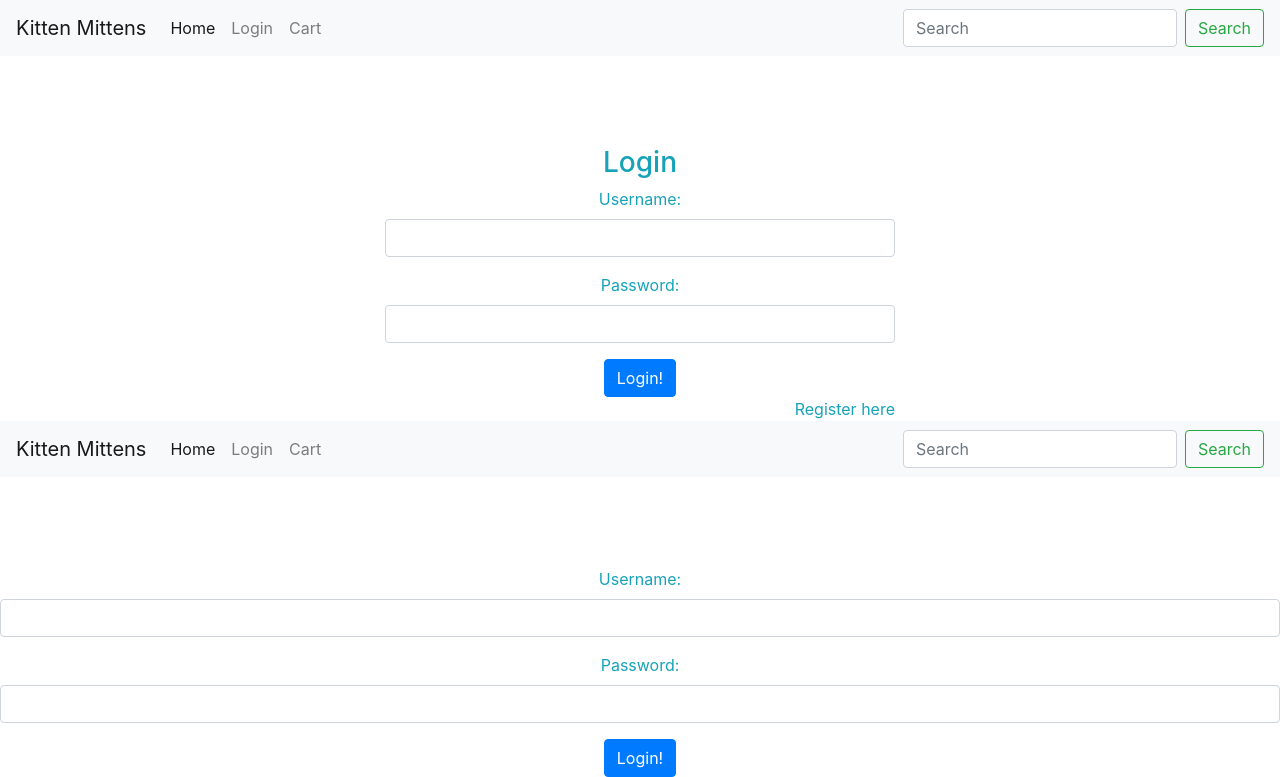
Repository: Janellle/KittenMittens
Page: http://localhost/login
The author's editor kept a record of every edit. The page is drawn from the files as they stood at one moment, then again after the next edit.
The browser window is 1280 px wide. The pictures show the whole page.
The page is served by the project's Node server (app.js).

Above is the page before.
Not found: js/functions.js
Not found: rps.js

After the next edit:
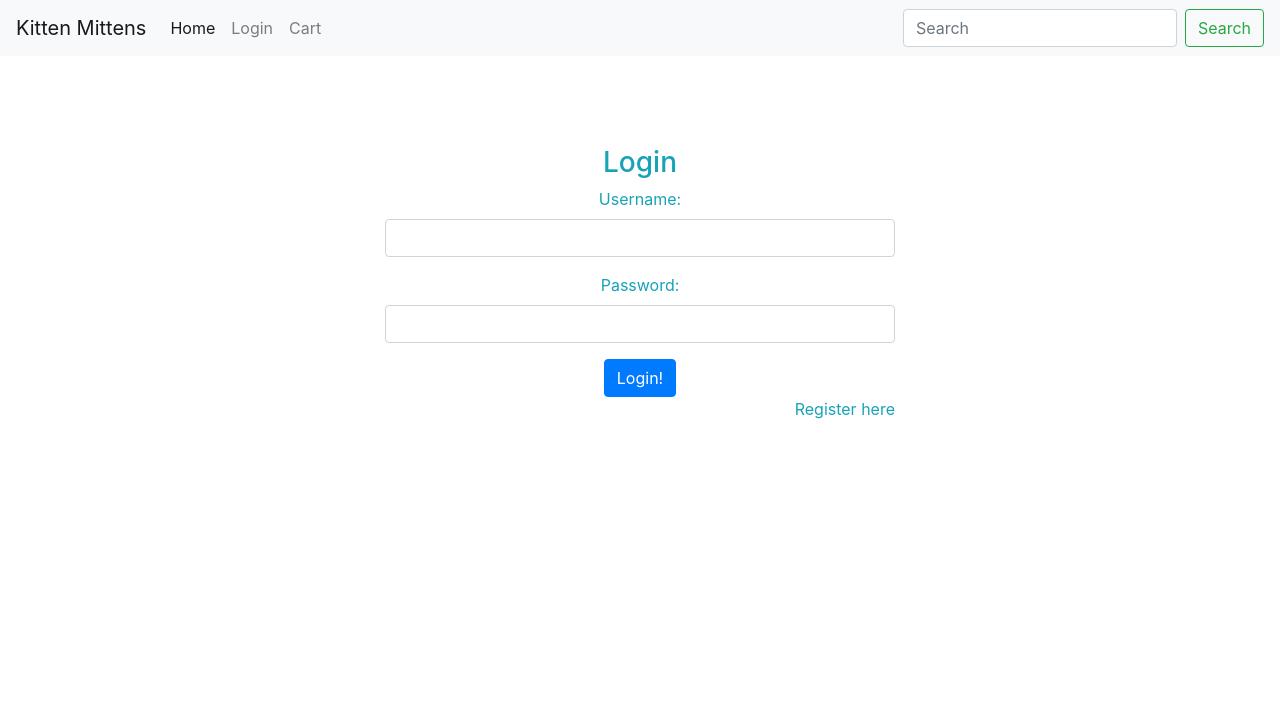
The edit:
--- a/views/login.ejs
+++ b/views/login.ejs
@@ -28,21 +28,6 @@
         </div>
     </div>
 </body>
-    </body>
-</html>
-<%- include('partials/header.ejs') %>
-        <h3 class="text-center text-white pt-5">Login form</h3>
-
-        <div class="text-center">
-            <div class="form-group">
-                <label for="username" class="text-info">Username:</label><br>
-                <input type="text" name="username" id="username" class="form-control">
-                </div>
-            <div class="form-group">
-                <label for="password" class="text-info">Password:</label><br>
-                <input type="password" name="password" id="password" class="form-control">
-            </div>
-            <button class="btn btn-primary" id="loginBtn">Login!</button>
     </body>
     <script>
                 $(document).ready(function() {
